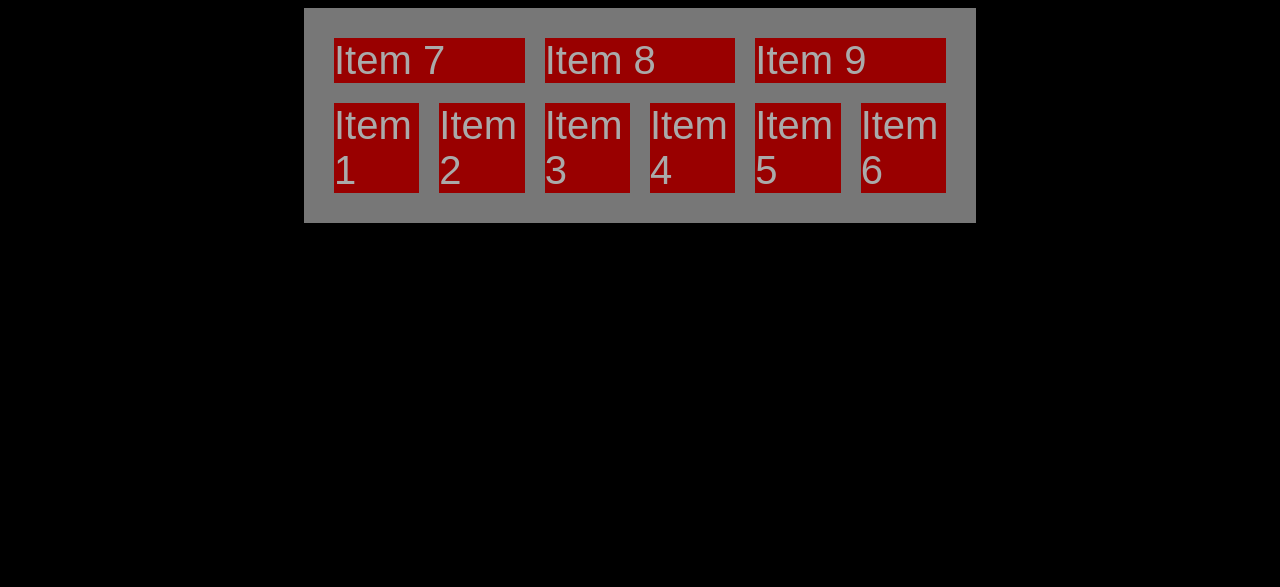
Repository: vitorgiovane/origamid-flexblog
Page: index.html
These files come from the project's save history. The page is drawn as it stood at one moment and after the next save; the edit follows.
The browser window is 1280 px wide. The pictures show the whole page.

Above is the page before, as saved 2019-02-24 21:40:00.

### index.html
<!DOCTYPE html>
<html lang="en">
<head>
  <meta charset="UTF-8">
  <meta name="viewport" content="width=device-width, initial-scale=1.0">
  <meta http-equiv="X-UA-Compatible" content="ie=edge">
  <link rel="stylesheet" href="style.css">
  <title>Document</title>
</head>
<body>
  <div class="container">
    <div class="item">Item 1</div>
    <div class="item">Item 2</div>
    <div class="item">Item 3</div>
    <div class="item">Item 4</div>
    <div class="item">Item 5</div>
    <div class="item">Item 6</div>
    <div class="item">Item 7</div>
    <div class="item">Item 8</div>
    <div class="item">Item 9</div>
  </div>

</body>
</html>

### style.css
body{
  background-color: black;
  color: #aaa;
}

.container{
  background-color: #777;
  padding:20px;
  display: flex;
  flex-direction: row;
  width: 50%;
  margin: auto;
  flex-wrap: wrap-reverse;
}

.item{
  background-color: #900;
  margin:10px;
  flex: 1;
  font-size: 40px;
  font-family: sans-serif;
}

After the next save:
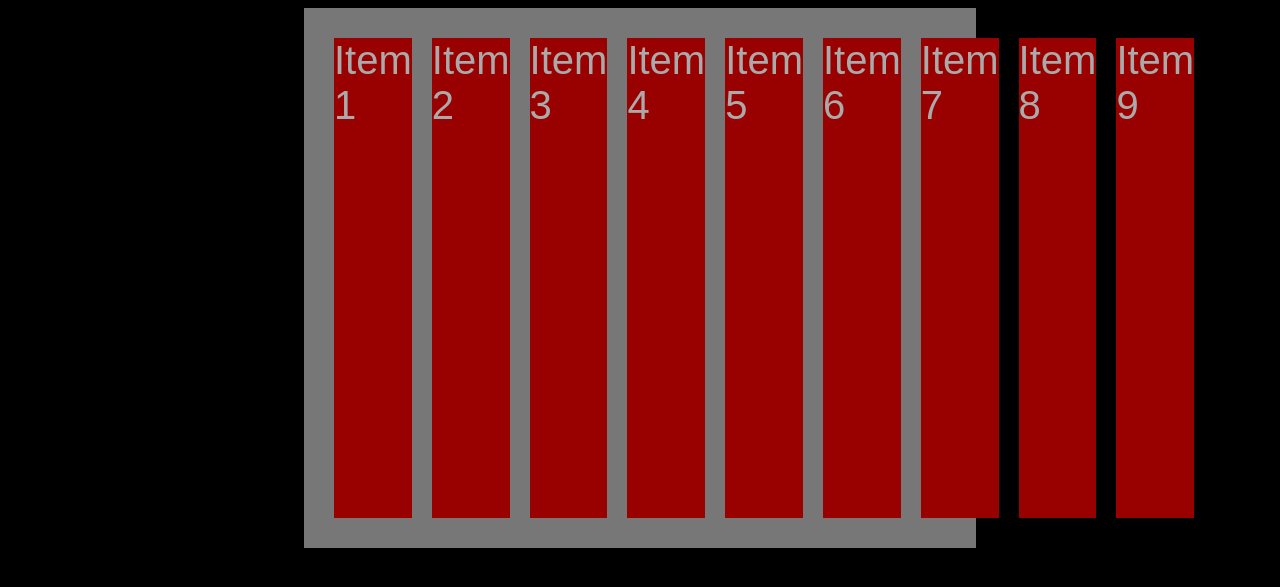
Saved 4 min 39 s later.
--- a/style.css
+++ b/style.css
@@ -7,16 +7,18 @@
   background-color: #777;
   padding:20px;
   display: flex;
-  flex-direction: row;
+  /* flex-direction: row; */
   width: 50%;
+  height: 500px;
   margin: auto;
-  flex-wrap: wrap-reverse;
+  /* flex-wrap: wrap-reverse; */
+  flex-flow: row nowrap;
 }
 
 .item{
   background-color: #900;
   margin:10px;
-  flex: 1;
+  /* flex: 1; */
   font-size: 40px;
   font-family: sans-serif;
 }
